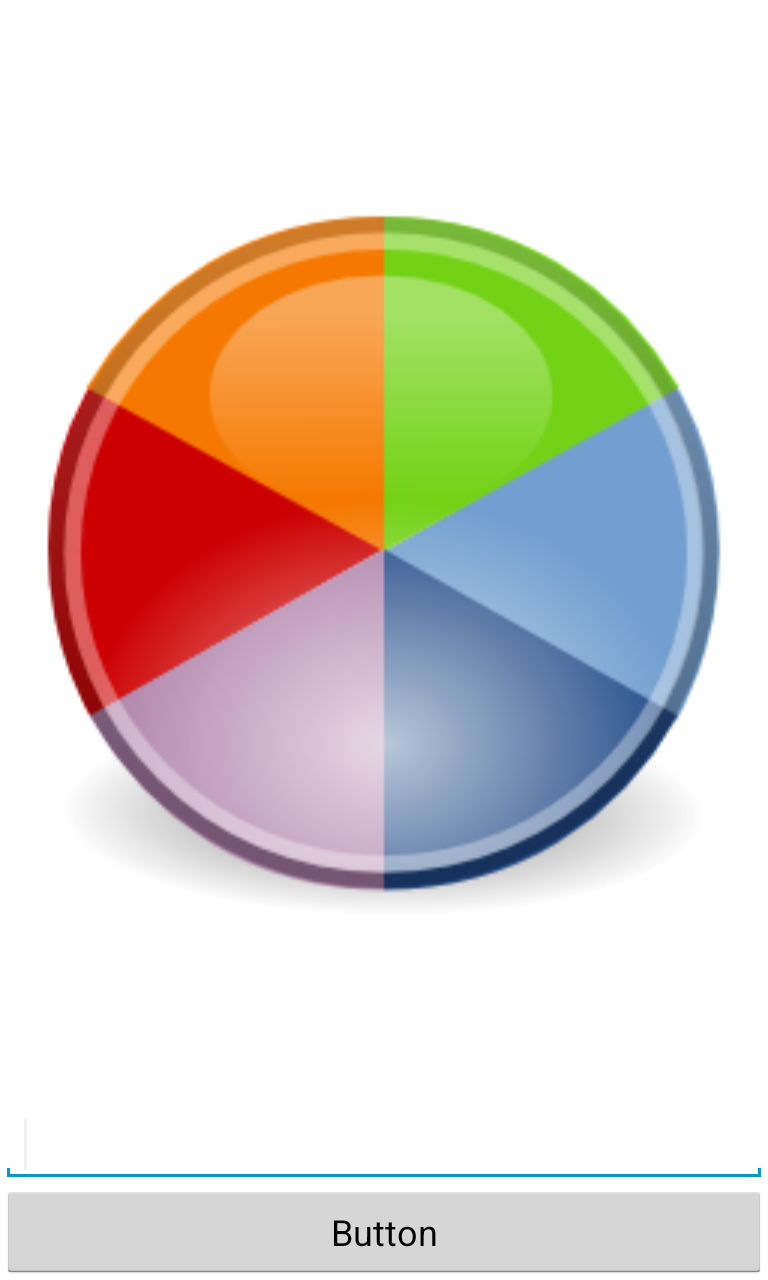
Repository: ya-ivanov/Android-Projects
Layout: Android Projects (OLD)/The Color App/TheColorApp/res/layout/activity_main.xml
These files come from the project's save history. The layout is drawn as it stood at one moment and after the next save; the edit follows.
It is drawn on a 768 x 1280 px phone screen (xhdpi) without system bars, with theme AppTheme; the app's code is not run.

Above is the layout before, as saved 2013-12-29 19:54:15.

After the next save:
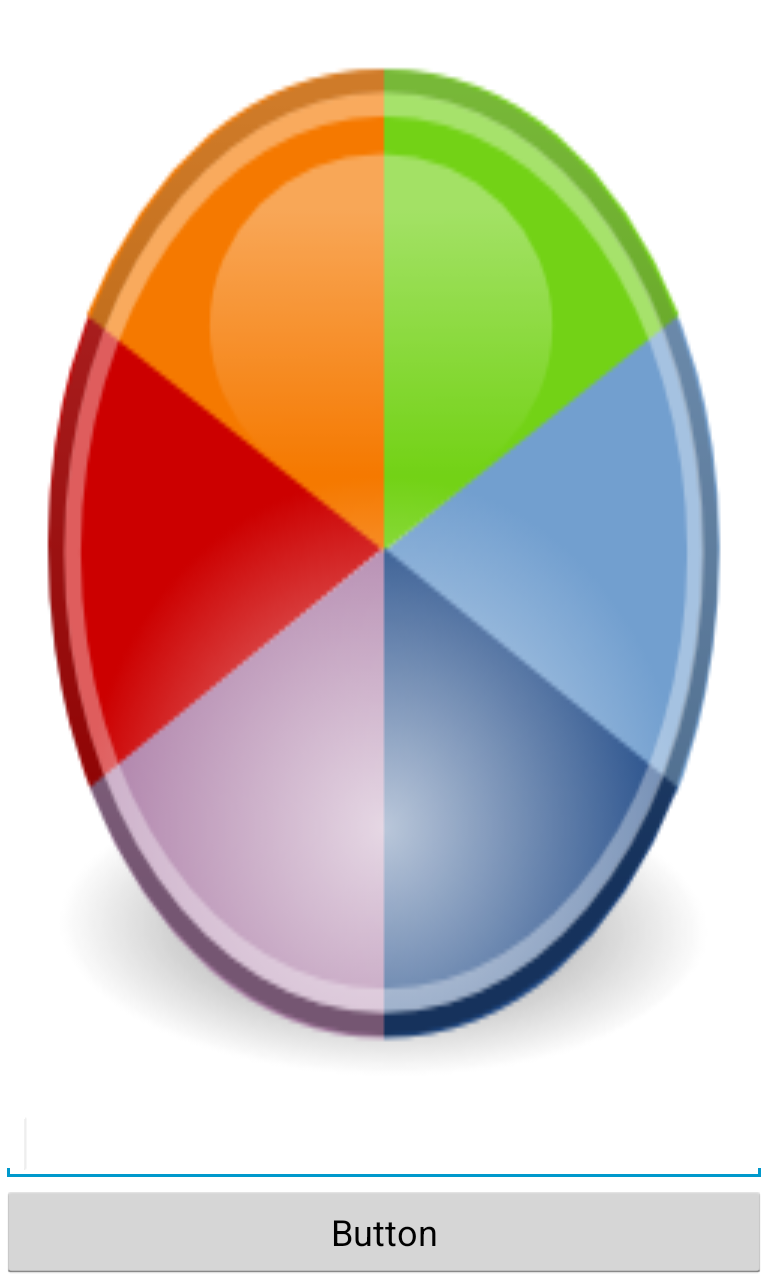
Saved 50 s later.
--- a/Android Projects (OLD)/The Color App/TheColorApp/res/layout/activity_main.xml
+++ b/Android Projects (OLD)/The Color App/TheColorApp/res/layout/activity_main.xml
@@ -8,7 +8,7 @@
         android:layout_width="fill_parent"
         android:layout_height="wrap_content"
         android:layout_weight="0.84"
-        android:src="@drawable/title" />
+        android:background="@drawable/title" />
 
     <EditText
         android:id="@+id/colorHex"
